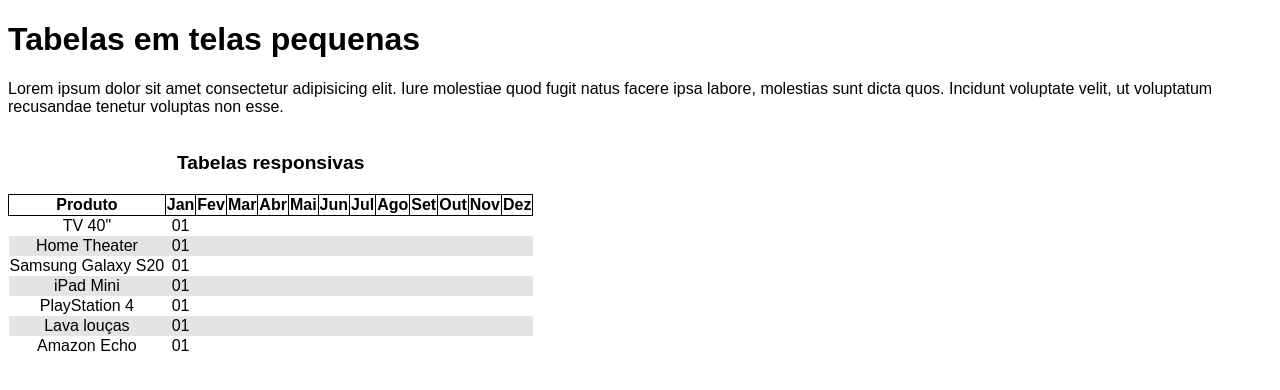
Repository: railsondev/html-css
Page: Módulo3/Exercicios/Ex02 - Tabelas/tabela005.html
An editor plug-in stored every save of this project. The page is shown before and after the next save, followed by the edit.
The browser window is 1280 px wide. The pictures show the whole page.

Above is the page before, as saved 2024-10-22 15:21:02.

After the next save:
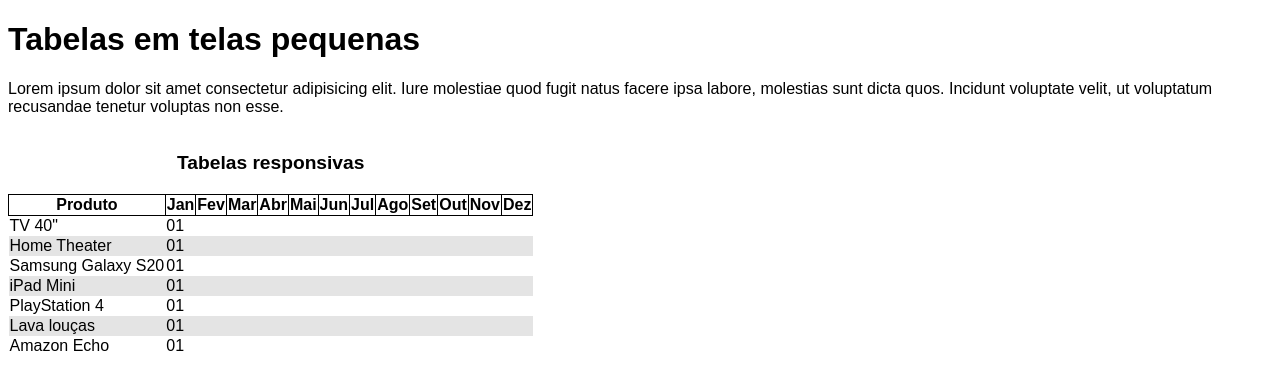
Saved 9 s later.
--- a/Módulo3/Exercicios/Ex02 - Tabelas/src/css/estilo05.css
+++ b/Módulo3/Exercicios/Ex02 - Tabelas/src/css/estilo05.css
@@ -18,10 +18,10 @@ th {
   border: 1px solid black;
 }
 
-td {
+/* td {
   text-align: center;
   vertical-align: center;
-}
+} */
 
 tr:nth-child(even) {
   background-color: rgb(228, 228, 228);
